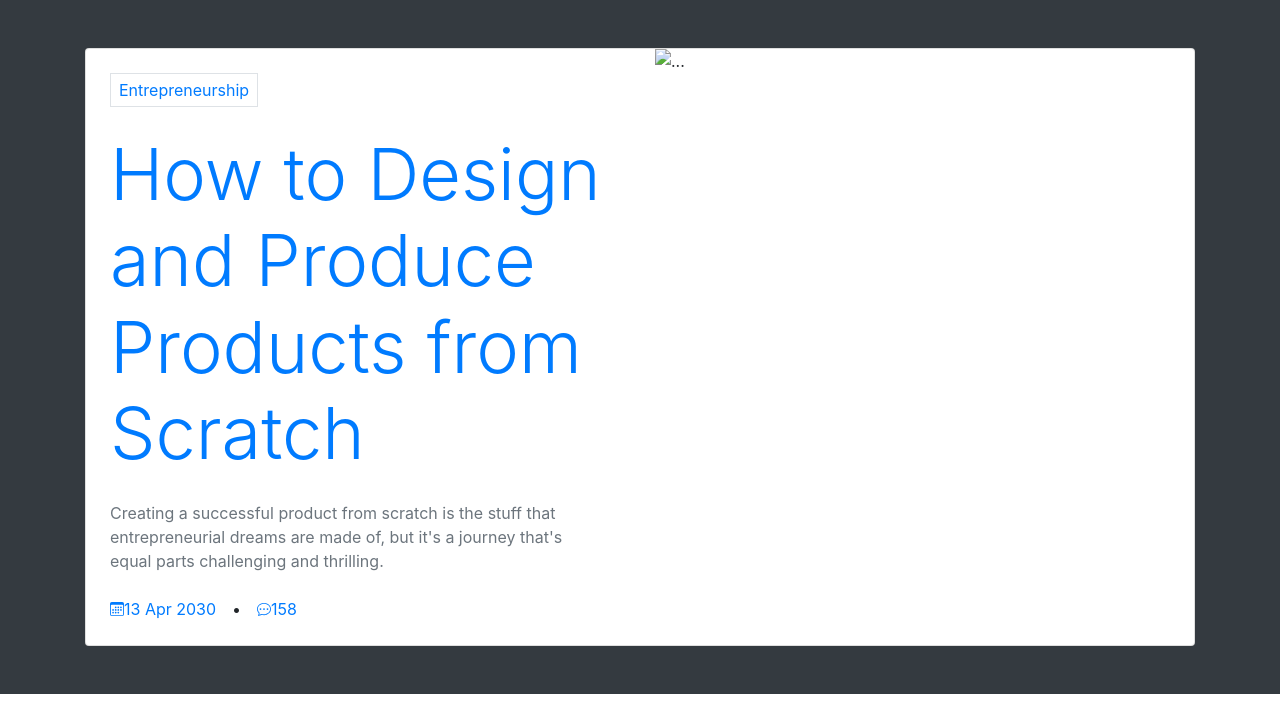
Repository: wasimalbokae2000/blogs
Page: resources/views/posts/show.blade.php
An editor plug-in stored every save of this project. The page is shown before and after the next save, followed by the edit.
The browser window is 1280 px wide. The pictures show the whole page.
The page is served by the project's Laravel application, run on PHP 8.4 with Laravel 12. The template is opened directly, without the code that normally fills it, so the values that code supplies are empty.

Above is the page before, as saved 2024-11-20 21:51:31.

After the next save:
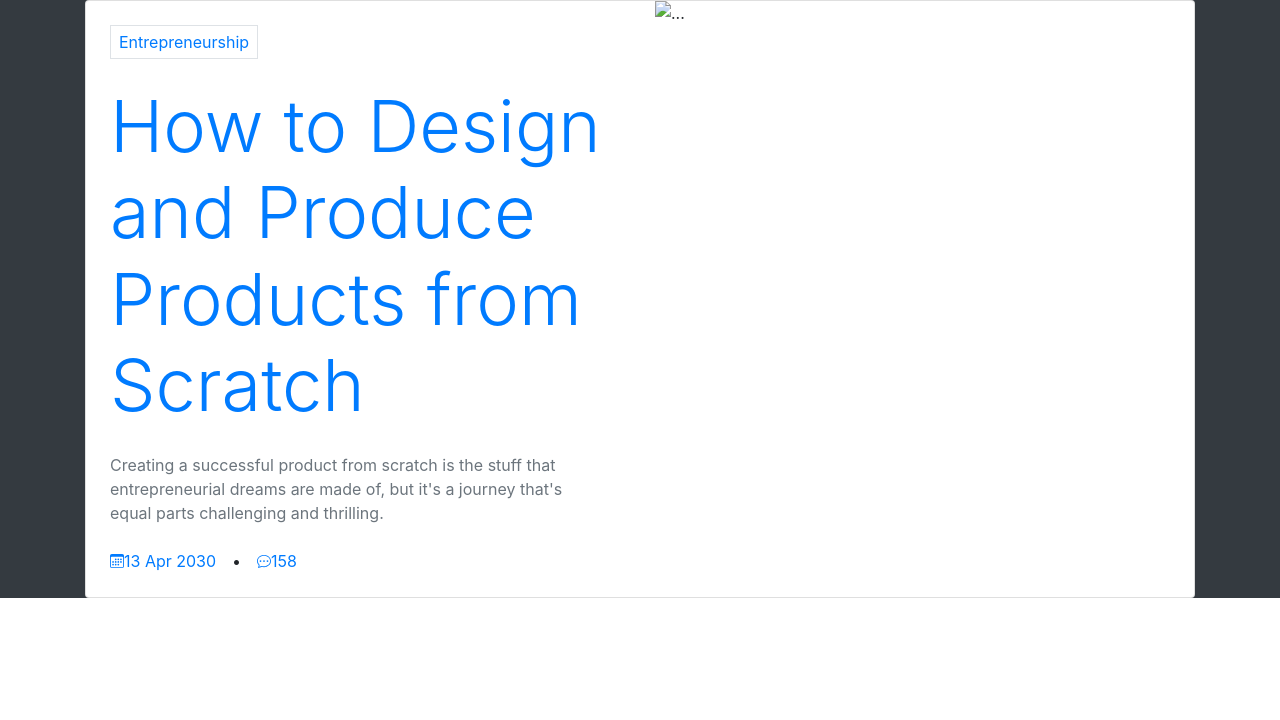
Saved 13 s later.
--- a/resources/views/posts/show.blade.php
+++ b/resources/views/posts/show.blade.php
@@ -16,7 +16,7 @@
     <button type="submit">Edit</button>
 </form> --}}
 <!-- Featured 1 - Bootstrap Brain Component -->
-<section class="py-3 py-md-5 py-xl-8 bg-dark">
+<section class="  bg-dark">
     <div class="container">
         <div class="card">
           <div class="row g-0">

After the save that followed:
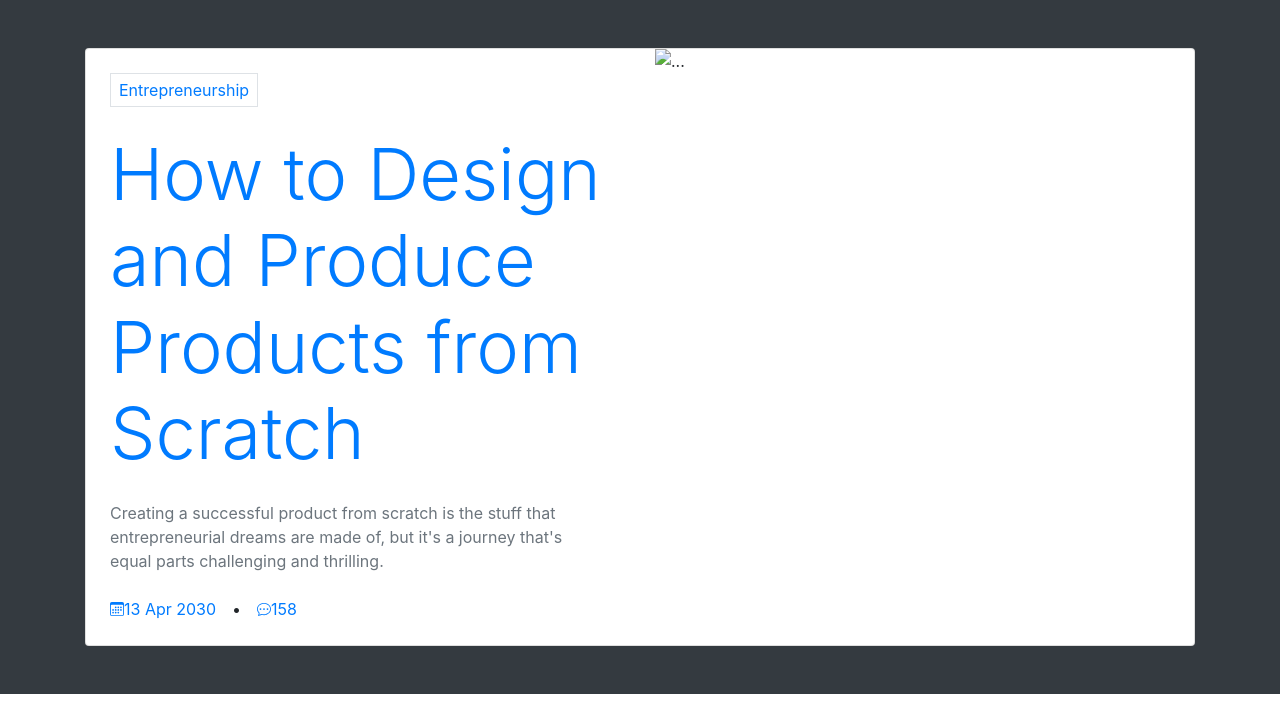
Saved 10 s later.
--- a/resources/views/posts/show.blade.php
+++ b/resources/views/posts/show.blade.php
@@ -16,7 +16,7 @@
     <button type="submit">Edit</button>
 </form> --}}
 <!-- Featured 1 - Bootstrap Brain Component -->
-<section class="  bg-dark">
+<section class=" py-md-5 py-xl-8 bg-dark">
     <div class="container">
         <div class="card">
           <div class="row g-0">
